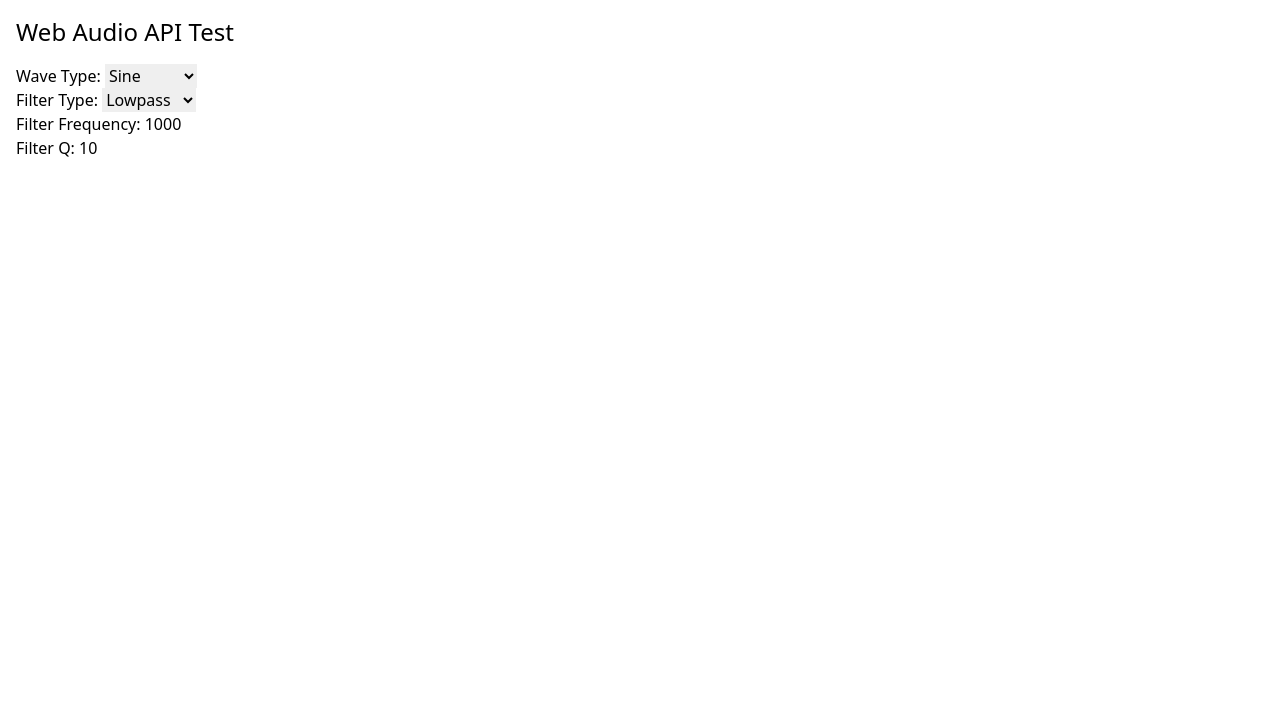
Repository: ibraidab/SONIDOS
Page: index6.html
The author's editor kept a copy of each file at every save. The page is drawn from the files as they stood at one save, then again after the next save.
The browser window is 1280 px wide. The pictures show the whole page.

Above is the page before, as saved 2023-03-18 14:02:59.

After the next save:
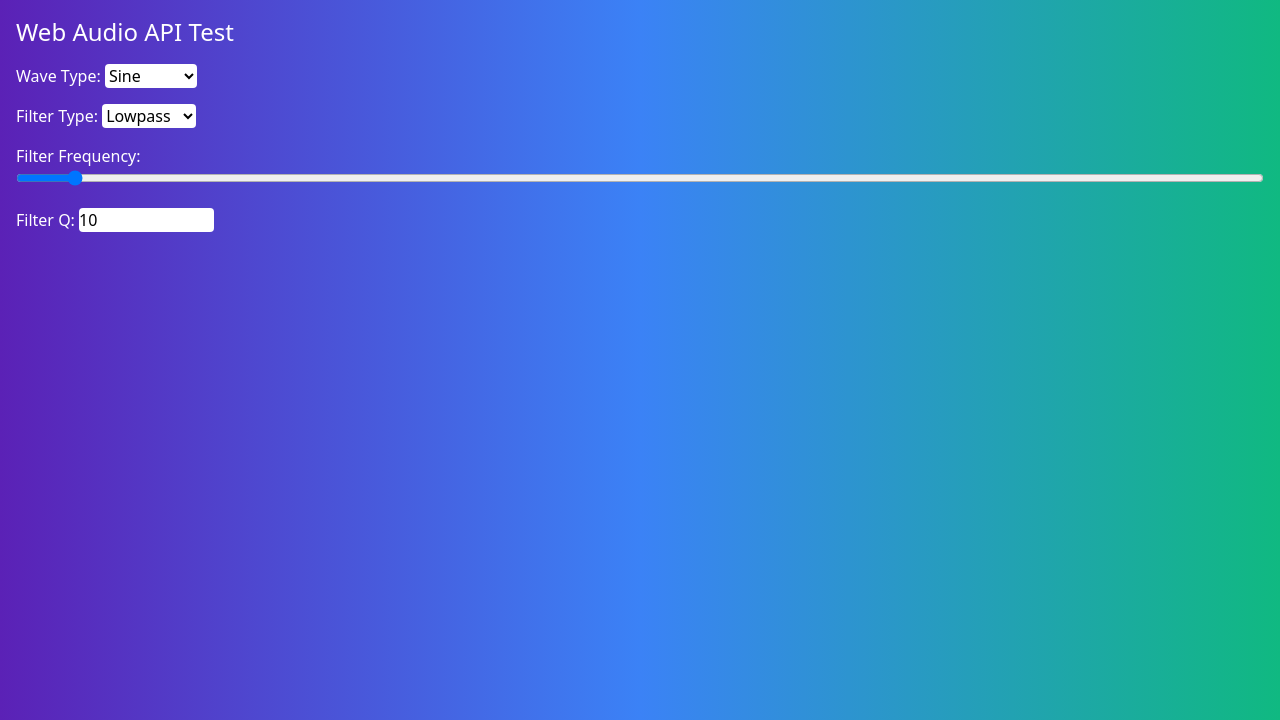
Console error: SyntaxError: Unexpected token '<'
Saved 4 min 36 s later.
--- a/index6.html
+++ b/index6.html
@@ -108,36 +108,40 @@
         }
 
         window.addEventListener('load', init);
-    </script>
-</head>
-<body>
-    <div class="container mx-auto p-4">
-        <h1 class="text-2xl mb-4">Web Audio API Test</h1>
-        <div>
-            <label for="waveType">Wave Type:</label>
-            <select id="waveType">
-                <option value="sine">Sine</option>
-                <option value="square">Square</option>
-                <option value="sawtooth">Sawtooth</option>
-                <option value="triangle">Triangle</option>
-            </select>
+        <script>
+            // El resto del código JavaScript sigue igual
+
+            window.addEventListener('load', init);
+        </script>
+    </head>
+    <body class="bg-opacity-80 bg-gradient-to-r from-purple-800 via-blue-500 to-green-500 min-h-screen">
+        <div class="container mx-auto p-4">
+            <h1 class="text-2xl mb-4 text-white">Web Audio API Test</h1>
+            <div class="mb-4">
+                <label for="waveType" class="text-white">Wave Type:</label>
+                <select id="waveType" class="bg-white rounded">
+                    <option value="sine">Sine</option>
+                    <option value="square">Square</option>
+                    <option value="sawtooth">Sawtooth</option>
+                    <option value="triangle">Triangle</option>
+                </select>
+            </div>
+            <div class="mb-4">
+                <label for="filterType" class="text-white">Filter Type:</label>
+                <select id="filterType" class="bg-white rounded">
+                    <option value="lowpass">Lowpass</option>
+                    <option value="highpass">Highpass</option>
+                    <option value="bandpass">Bandpass</option>
+                </select>
+            </div>
+            <div class="mb-4">
+                <label for="filterFrequency" class="text-white">Filter Frequency:</label>
+                <input type="range" id="filterFrequency" value="1000" min="0" max="24000" step="1" class="w-full">
+            </div>
+            <div class="mb-4">
+                <label for="filterQ" class="text-white">Filter Q:</label>
+                <input type="number" id="filterQ" value="10" min="0.0001" max="100" step="0.1" class="bg-white rounded">
+            </div>
         </div>
-        <div>
-            <label for="filterType">Filter Type:</label>
-            <select id="filterType">
-                <option value="lowpass">Lowpass</option>
-                <option value="highpass">Highpass</option>
-                <option value="bandpass">Bandpass</option>
-            </select>
-        </div>
-        <div>
-            <label for="filterFrequency">Filter Frequency:</label>
-            <input type="number" id="filterFrequency" value="1000" min="0" max="24000" step="1">
-        </div>
-        <div>
-            <label for="filterQ">Filter Q:</label>
-            <input type="number" id="filterQ" value="10" min="0.0001" max="100" step="0.1">
-        </div>
-    </div>
-</body>
-</html>
+    </body>
+    </html>
